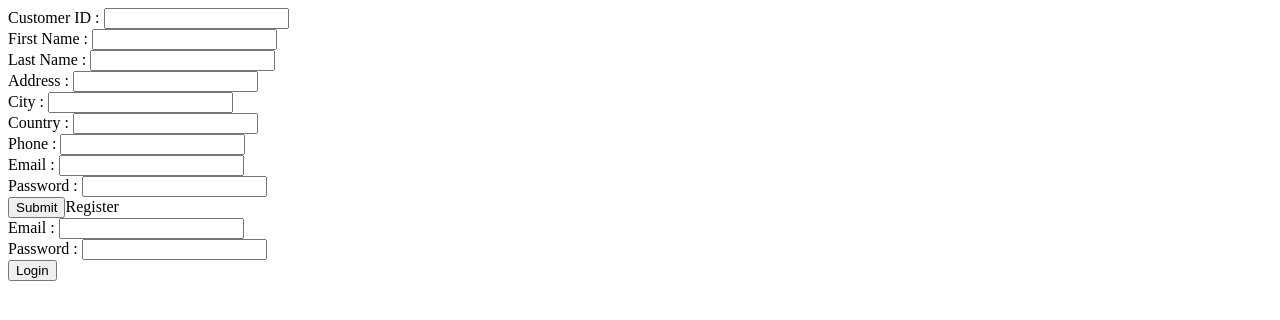
Repository: hassaanbk/CruiseBookingAndManaging
Page: http://localhost/home
The author's editor kept a copy of each file at every save. The page is drawn from the files as they stood at one save, then again after the next save.
The browser window is 1280 px wide. The pictures show the whole page.
The page is this project's Thymeleaf template; nobody is signed in. The template is opened directly, without the code that normally fills it, so the values that code supplies are empty.

Above is the page before, as saved 2022-12-12 01:31:05.

### CustomerMicroService/src/main/resources/templates/home.html
<!DOCTYPE html>

<html xmlns:th="http://www.thymeleaf.org">

<head>

<meta charset="ISO-8859-1">

<title>Insert title here</title>

</head>

<body>

      <form action="register" method="POST">

      Customer ID : <input type="text" name="custId"/> </br>

      First Name : <input type="text" name="firstName"/></br>

      Last Name : <input type="text" name="lastName"/></br>

      Address : <input type="text" name="address"/></br>

      City : <input type="text" name="city"/></br>

      Country : <input type="text" name="country"/></br>

      Phone : <input type="text" name="phone"/></br>

      Email : <input type="email" name="email"/></br>

      Password : <input type="password" name="password"/></br>

      <input type="submit" name="Add Employee">Register</form>

      </form>

      <form action="login" method="POST">

      Email : <input type="email" name="email"/></br>

      Password : <input type="password" name="password"/></br>

      <input type="submit" name="Login" value="Login"/>

	  </form>

</body>

</html>

After the next save:
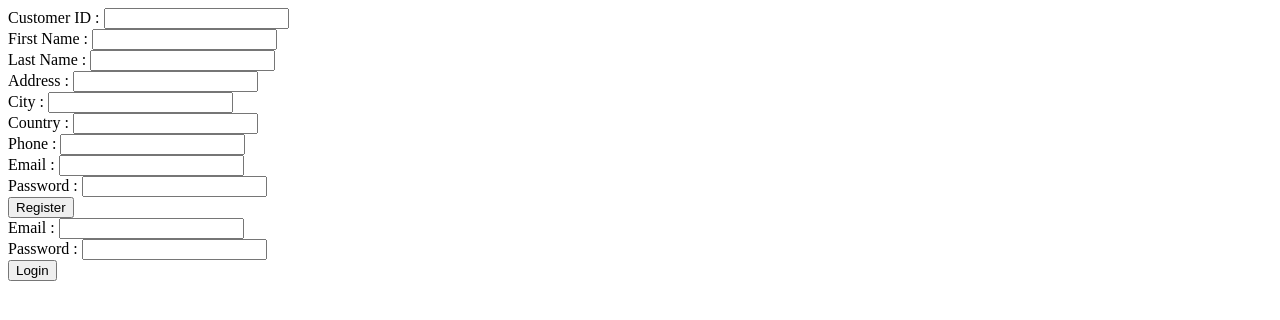
Saved 16 s later.
--- a/CustomerMicroService/src/main/resources/templates/home.html
+++ b/CustomerMicroService/src/main/resources/templates/home.html
@@ -32,7 +32,7 @@
 
       Password : <input type="password" name="password"/></br>
 
-      <input type="submit" name="Add Employee">Register</form>
+      <input type="submit" name="Add Employee" value="Register"/>
 
       </form>
 
